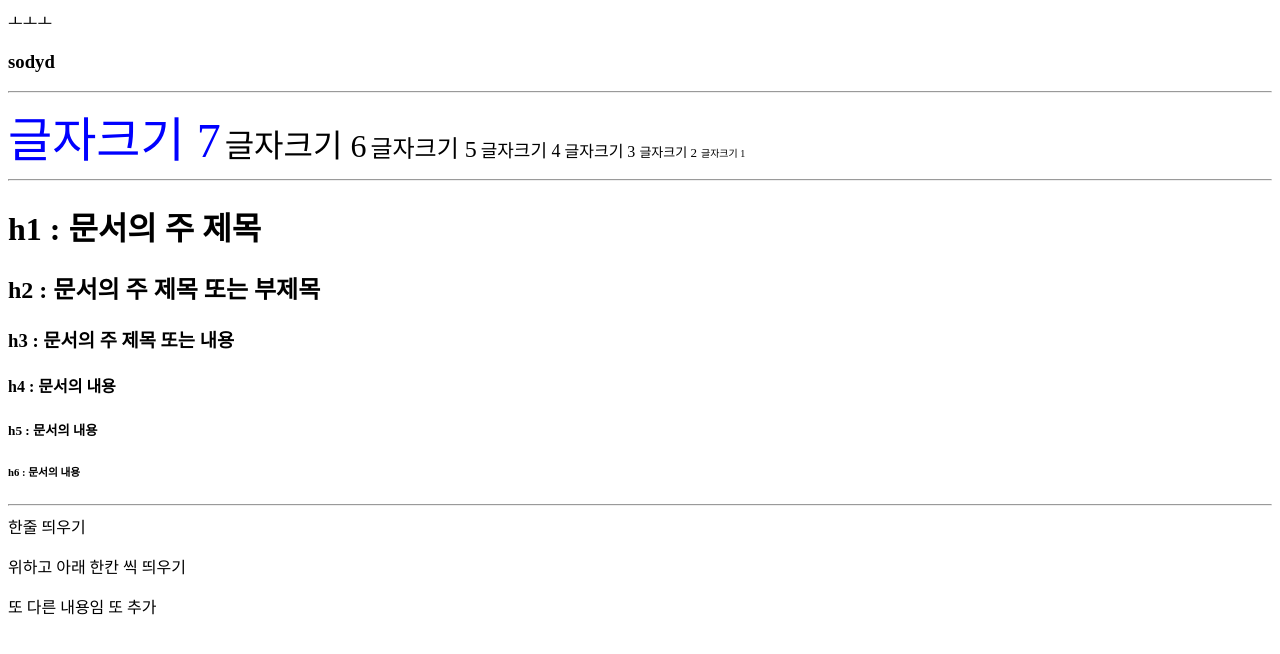
Repository: sika5382/jsp
Page: html/WebContent/NewFile.html
An editor plug-in stored every save of this project. The page is shown before and after the next save, followed by the edit.
The browser window is 1280 px wide. The pictures show the whole page.

Above is the page before, as saved 2020-10-29 05:20:46.

After the next save:
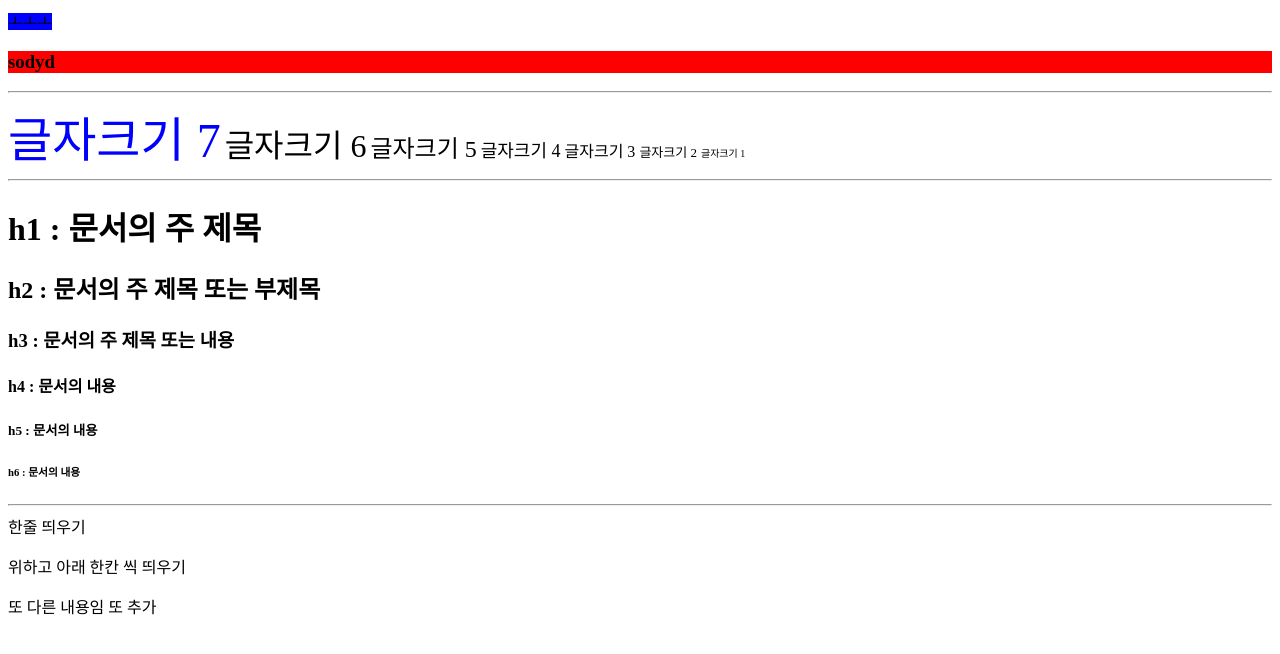
Saved 17 s later.
--- a/html/WebContent/NewFile.html
+++ b/html/WebContent/NewFile.html
@@ -9,8 +9,8 @@
 	 -->
 <body>
 
-<font style="backgroun-color:blue;">ㅗㅗㅗ</font>
-<h3 style="backgrund-color:red;">sodyd</h3>
+<font style="background-color:blue;">ㅗㅗㅗ</font>
+<h3 style="background-color:red;">sodyd</h3>
 
 <hr>
 
